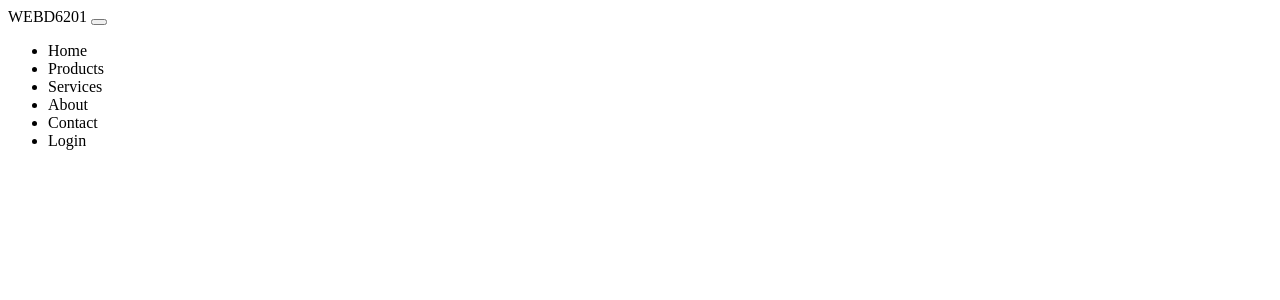
Repository: tbazouzi-durham/tbazouzi-durham.github.io
Page: Views/components/header.html
These files come from the project's save history. The page is drawn as it stood at one moment and after the next save; the edit follows.
The browser window is 1280 px wide. The pictures show the whole page.

Above is the page before, as saved 2022-03-22 22:01:50.

After the next save:
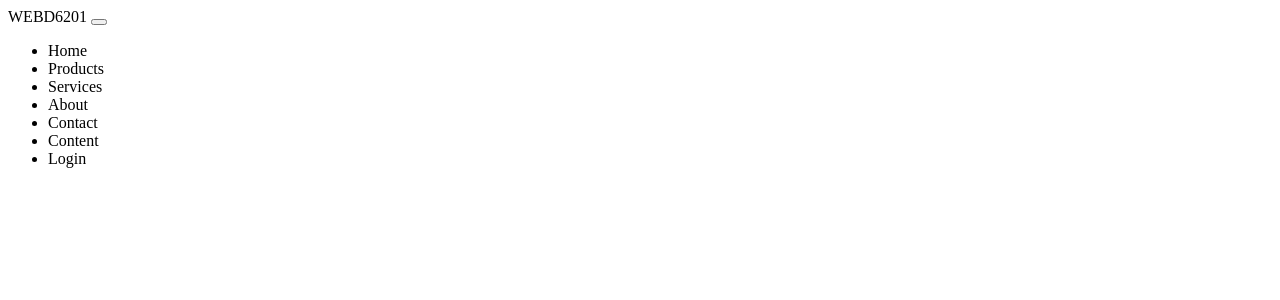
Saved 111 s later.
--- a/Views/components/header.html
+++ b/Views/components/header.html
@@ -1,30 +1,34 @@
 <nav class="navbar navbar-expand-lg navbar-dark bg-dark">
-    <div class="container-fluid">
-      <a class="navbar-brand" data="/"><i class="fas fa-spider"></i> WEBD6201</a>
-      <button class="navbar-toggler" type="button" data-bs-toggle="collapse" data-bs-target="#navbarSupportedContent" aria-controls="navbarSupportedContent" aria-expanded="false" aria-label="Toggle navigation">
-        <span class="navbar-toggler-icon"></span>
-      </button>
-      <div class="collapse navbar-collapse" id="navbarSupportedContent">
-        <ul class="navbar-nav ms-auto mb-2 mb-lg-0">
-          <li class="nav-item">
-            <a class="nav-link" data="home"><i class="fas fa-home"></i> Home</a>
-          </li>
-          <li class="nav-item">
-            <a class="nav-link" data="products"><i class="fas fa-project-diagram"></i> Products</a>
-          </li>
-          <li class="nav-item">
-            <a class="nav-link" data="services"><i class="fas fa-map-signs"></i> Services</a>
-          </li>
-          <li class="nav-item">
-            <a class="nav-link" data="about"><i class="fas fa-info"></i> About</a>
-          </li>
-          <li class="nav-item">
-            <a class="nav-link" data="contact"><i class="fas fa-envelope"></i> Contact</a>
-          </li>
-          <li class="nav-item" id="login">
-            <a class="nav-link" data="login"><i class="fas fa-sign-in-alt"></i> Login</a>
-          </li>
-        </ul>
-      </div>
+  <div class="container-fluid">
+    <a class="navbar-brand" data="/"><i class="fas fa-spider"></i> WEBD6201</a>
+    <button class="navbar-toggler" type="button" data-bs-toggle="collapse" data-bs-target="#navbarSupportedContent"
+      aria-controls="navbarSupportedContent" aria-expanded="false" aria-label="Toggle navigation">
+      <span class="navbar-toggler-icon"></span>
+    </button>
+    <div class="collapse navbar-collapse" id="navbarSupportedContent">
+      <ul class="navbar-nav ms-auto mb-2 mb-lg-0">
+        <li class="nav-item">
+          <a class="nav-link" data="home"><i class="fas fa-home"></i> Home</a>
+        </li>
+        <li class="nav-item">
+          <a class="nav-link" data="products"><i class="fas fa-project-diagram"></i> Products</a>
+        </li>
+        <li class="nav-item">
+          <a class="nav-link" data="services"><i class="fas fa-map-signs"></i> Services</a>
+        </li>
+        <li class="nav-item">
+          <a class="nav-link" data="about"><i class="fas fa-info"></i> About</a>
+        </li>
+        <li class="nav-item">
+          <a class="nav-link" data="contact"><i class="fas fa-envelope"></i> Contact</a>
+        </li>
+        <li class="nav-item">
+          <a class="nav-link" data="content"><i class="fas fa-envelope"></i>Content</a>
+        </li>
+        <li class="nav-item" id="login">
+          <a class="nav-link" data="login"><i class="fas fa-sign-in-alt"></i> Login</a>
+        </li>
+      </ul>
     </div>
-  </nav>
+  </div>
+</nav>
